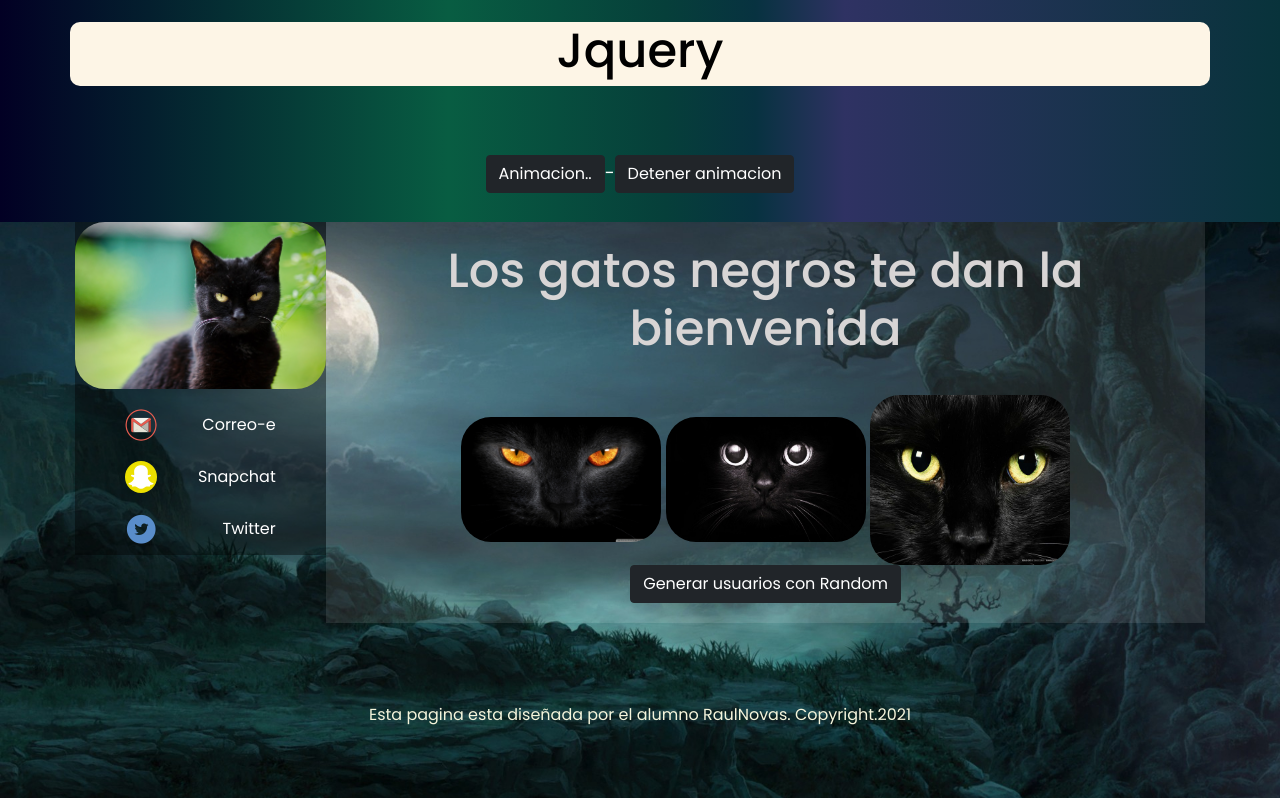
Repository: raul4264/final2
Page: index.html
These files come from the project's save history. The page is drawn as it stood at one moment and after the next save; the edit follows.
The browser window is 1280 px wide. The pictures show the whole page.

Above is the page before, as saved 2021-07-14 09:17:12.

After the next save:
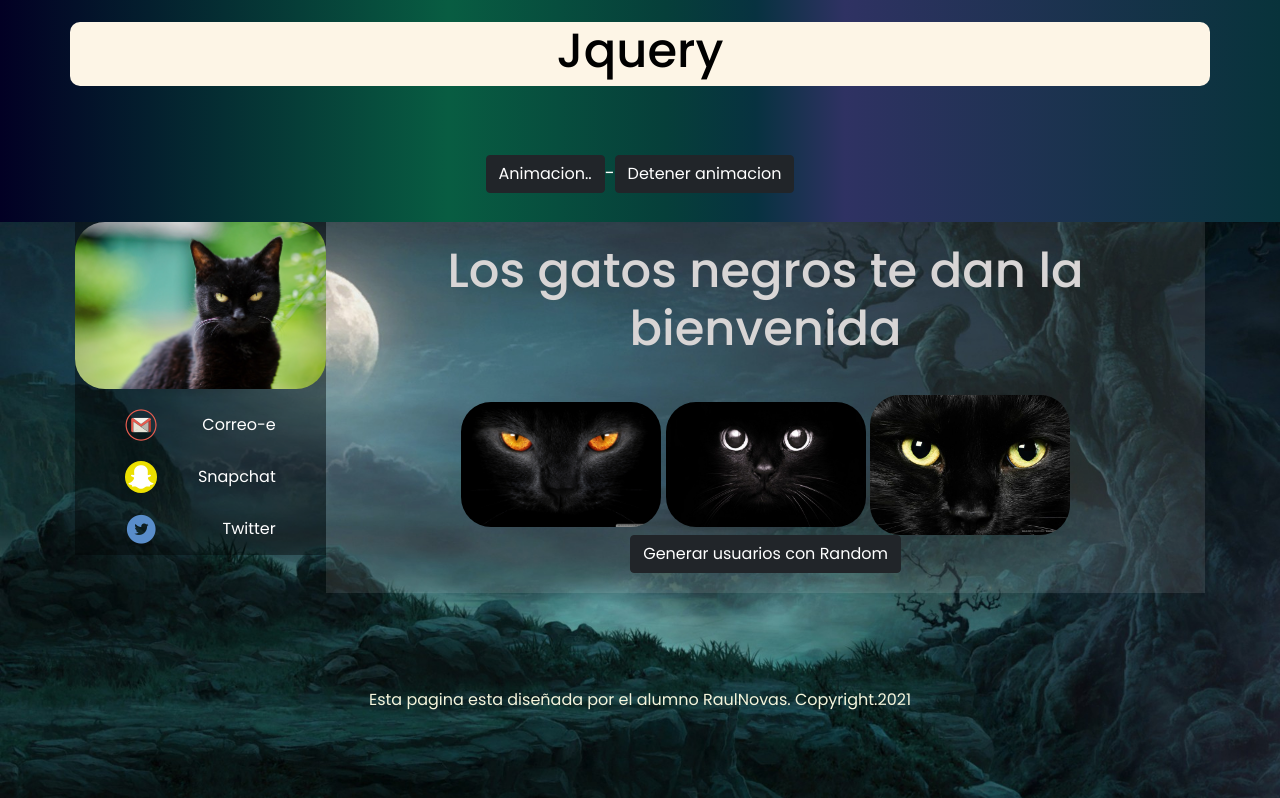
Saved 10 s later.
--- a/index.html
+++ b/index.html
@@ -137,7 +137,7 @@
 
                 <img src="/images/cat1.jpg" width="200vw">
                 <img src="/images/cat2.jpg" width="200vw" >
-                <img src="/images/cat3.jpg" width="200vw" height="170vh" >
+                <img src="/images/cat3.jpg" width="200vw" height="140vh" >
 
             <br>
             <button type="button" class="btn btn-dark" id="usuarios">Generar usuarios con Random</button>
